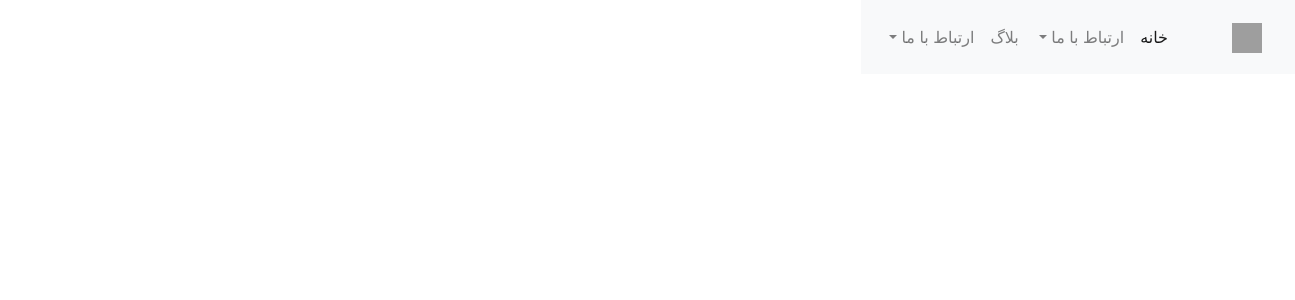
Repository: FENiki/colorlib-accounting
Page: index.html
The author's editor kept a copy of each file at every save. The page is drawn from the files as they stood at one save, then again after the next save.
The browser window is 1280 px wide. The page is 1295 px wide, so the pictures cover 1295 px, including what lies to the right of the window. The pictures show the whole page.
Pictures or frames that could not be fetched are drawn as grey boxes.

Above is the page before, as saved 2021-07-06 07:27:49.

### index.html
<!DOCTYPE html>
<html lang="en">
  <head>
    <meta charset="utf-8" />
    <meta
      name="viewport"
      content="width=device-width, initial-scale=1, shrink-to-fit=no"
    />
    <title>Pardakhtino</title>

    <link rel="stylesheet" href="/assets/css/bootstrap.min.css" />
    <link rel="stylesheet" href="/assets/css/style.css" />
    <link
      rel="stylesheet"
      href="https://cdnjs.cloudflare.com/ajax/libs/font-awesome/4.7.0/css/font-awesome.min.css"
    />
  </head>
  <body>
<header>
    <div class="row">
<div class="header-row">
  <nav class="navbar navbar-expand-lg navbar-light bg-light">
    <nav class="navbar navbar-light bg-light">
      <a class="navbar-brand" href="#">
        <img src="/assets/images/logo-menu-white.png" width="30" height="30" alt="">
      </a>
    </nav>
    <button class="navbar-toggler" type="button" data-toggle="collapse" data-target="#navbarNavDropdown" aria-controls="navbarNavDropdown" aria-expanded="false" aria-label="Toggle navigation">
      <span class="navbar-toggler-icon"></span>
    </button>
    <div class="collapse navbar-collapse" id="navbarNavDropdown">
      <ul class="navbar-nav">
        <li class="nav-item active">
          <a class="nav-link" href="#" >خانه <span class="sr-only">(current)</span></a>
        </li>
        <li class="nav-item">
          <a class="nav-link dropdown-toggle" href="#" id="navbarDropdownMenuLink" data-toggle="dropdown" aria-haspopup="true" aria-expanded="false">
            ارتباط با ما
          </a>
          <div class="dropdown-menu" aria-labelledby="navbarDropdownMenuLink">
            <a class="dropdown-item" href="#">Action</a>
            <a class="dropdown-item" href="#">Another action</a>
            <a class="dropdown-item" href="#">Something else here</a>
          </div>
        </li>
        <li class="nav-item">
          <a class="nav-link" href="#">بلاگ</a>
        </li>
        <li class="nav-item dropdown">
          <a class="nav-link dropdown-toggle" href="#" id="navbarDropdownMenuLink" data-toggle="dropdown" aria-haspopup="true" aria-expanded="false">
            ارتباط با ما
          </a>
          <div class="dropdown-menu" aria-labelledby="navbarDropdownMenuLink">
            <a class="dropdown-item" href="#">Action</a>
            <a class="dropdown-item" href="#">Another action</a>
            <a class="dropdown-item" href="#">Something else here</a>
          </div>
        </li>
      </ul>
    </div>
  </nav>
</div>
    </div>
</header>




    <script src="/assets/js/jquery-3.5.1.slim.min.js"></script>
    <script src="/assets/js/popper.min.js"></script>
    <script src="/assets/js/bootstrap.min.js"></script>
  </body>
</html>

### assets/css/style.css
body{
    margin-top: 0;
    padding: 0;
direction: rtl;
}
.header-row{
  height: 45px;

}







@media screen and  (min-width: 300px) and (max-width:576px) {
}

@media screen and (min-width:576px) and (max-width: 768px){

  }
@media screen and (min-width:768px) and (max-width: 922px){

  }
@media screen and  (min-width:992px) and (max-width: 1200px){

  }

Loaded but not shown: assets/css/bootstrap.min.css (library); assets/js/jquery-3.5.1.slim.min.js (library); assets/js/popper.min.js (library); assets/js/bootstrap.min.js (library)

After the next save:
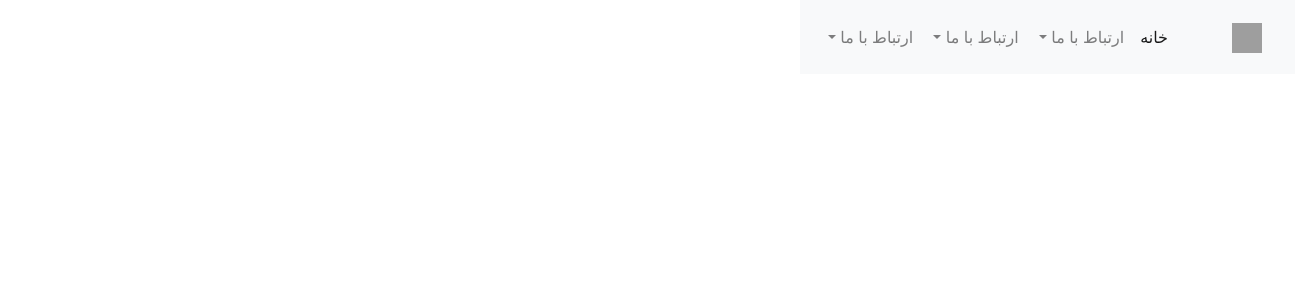
Saved 9 s later.
--- a/index.html
+++ b/index.html
@@ -44,7 +44,14 @@
           </div>
         </li>
         <li class="nav-item">
-          <a class="nav-link" href="#">بلاگ</a>
+          <a class="nav-link dropdown-toggle" href="#" id="navbarDropdownMenuLink" data-toggle="dropdown" aria-haspopup="true" aria-expanded="false">
+            ارتباط با ما
+          </a>
+          <div class="dropdown-menu" aria-labelledby="navbarDropdownMenuLink">
+            <a class="dropdown-item" href="#">Action</a>
+            <a class="dropdown-item" href="#">Another action</a>
+            <a class="dropdown-item" href="#">Something else here</a>
+          </div>
         </li>
         <li class="nav-item dropdown">
           <a class="nav-link dropdown-toggle" href="#" id="navbarDropdownMenuLink" data-toggle="dropdown" aria-haspopup="true" aria-expanded="false">
